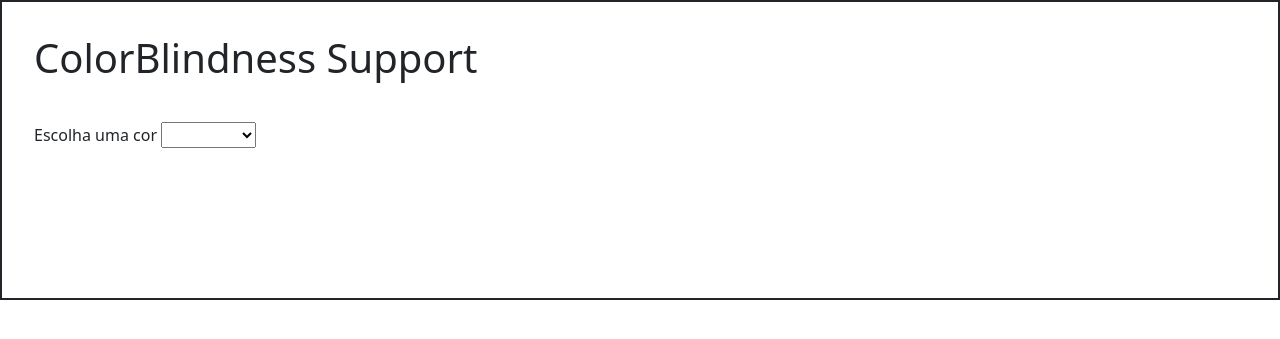
Repository: pedrosiqueira/daltonchrome
Page: popup.html
The author's editor kept a copy of each file at every save. The page is drawn from the files as they stood at one save, then again after the next save.
The browser window is 1280 px wide. The pictures show the whole page.

Above is the page before, as saved 2022-06-17 13:07:45.

After the next save:
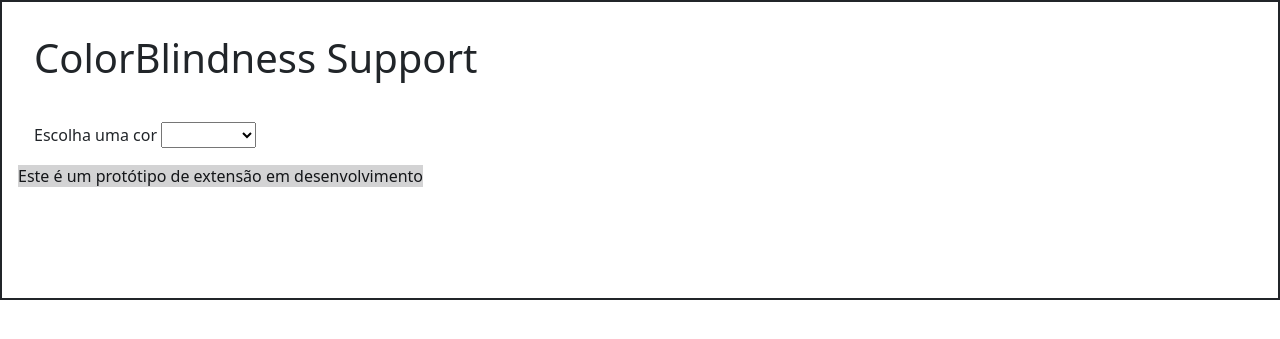
Saved 30 s later.
--- a/popup.html
+++ b/popup.html
@@ -37,7 +37,7 @@
         </select>
     </div>
 
-    <alert id="alert" class="alert alert fade">Este é um protótipo de extensão em desenvolvimento</alert>
+    <alert id="alert" class="alert-dark">Este é um protótipo de extensão em desenvolvimento</alert>
 
     <script src="js/vendor/jquery-3.6.0.min.js"></script>
     <script src="js/vendor/bootstrap.bundle.min.js"></script>
